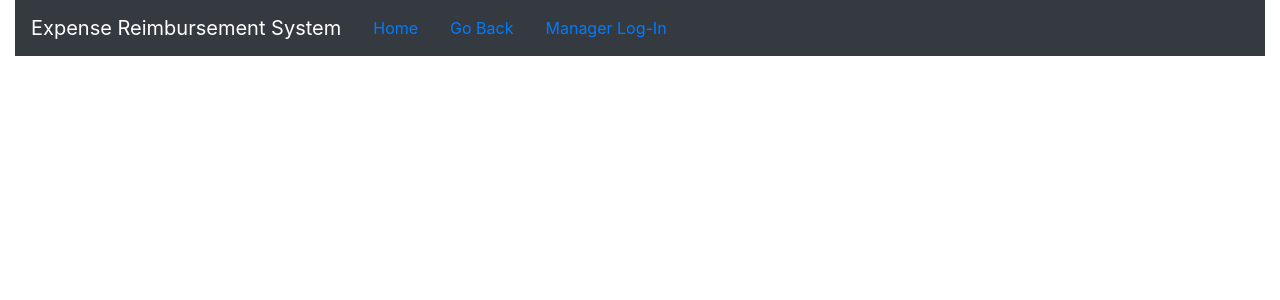
Repository: Trevormulrenin/ers-app
Page: ers-app/src/main/webapp/html/pending.html
These files come from the project's save history. The page is drawn as it stood at one moment and after the next save; the edit follows.
The browser window is 1280 px wide. The pictures show the whole page.

Above is the page before, as saved 2021-03-29 01:13:48.

After the next save:
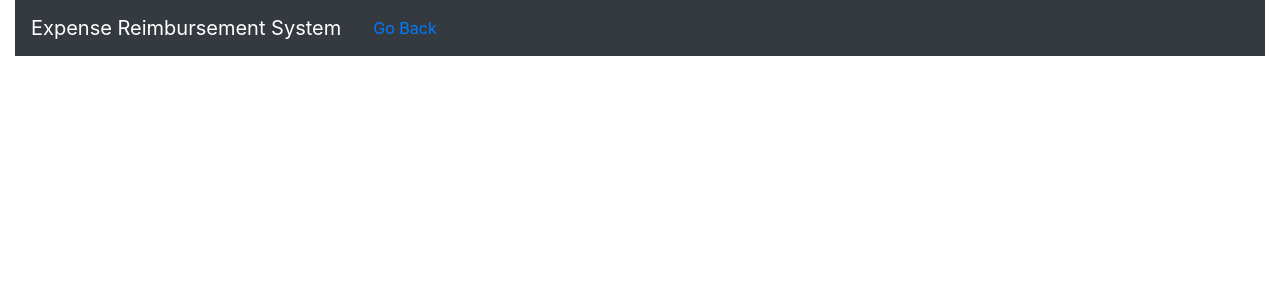
Saved 9 s later.
--- a/ers-app/src/main/webapp/html/pending.html
+++ b/ers-app/src/main/webapp/html/pending.html
@@ -11,9 +11,8 @@
  	<div class="container-fluid">
 		<nav class="navbar navbar-expand-lg navbar-dark bg-dark">
 			<a class="navbar-brand" href="../index.html">Expense Reimbursement System</a>
-					<a class="nav-item nav-link" href="../index.html">Home</a>
 					<a class="nav-item nav-link active" id="nav-item-right" href="employee_home.html">Go Back</a>
-					<a class="nav-item nav-link" id="nav-item-right" href="manager_login.html">Manager Log-In</a>
+
 
 		</nav>
 	</div>
